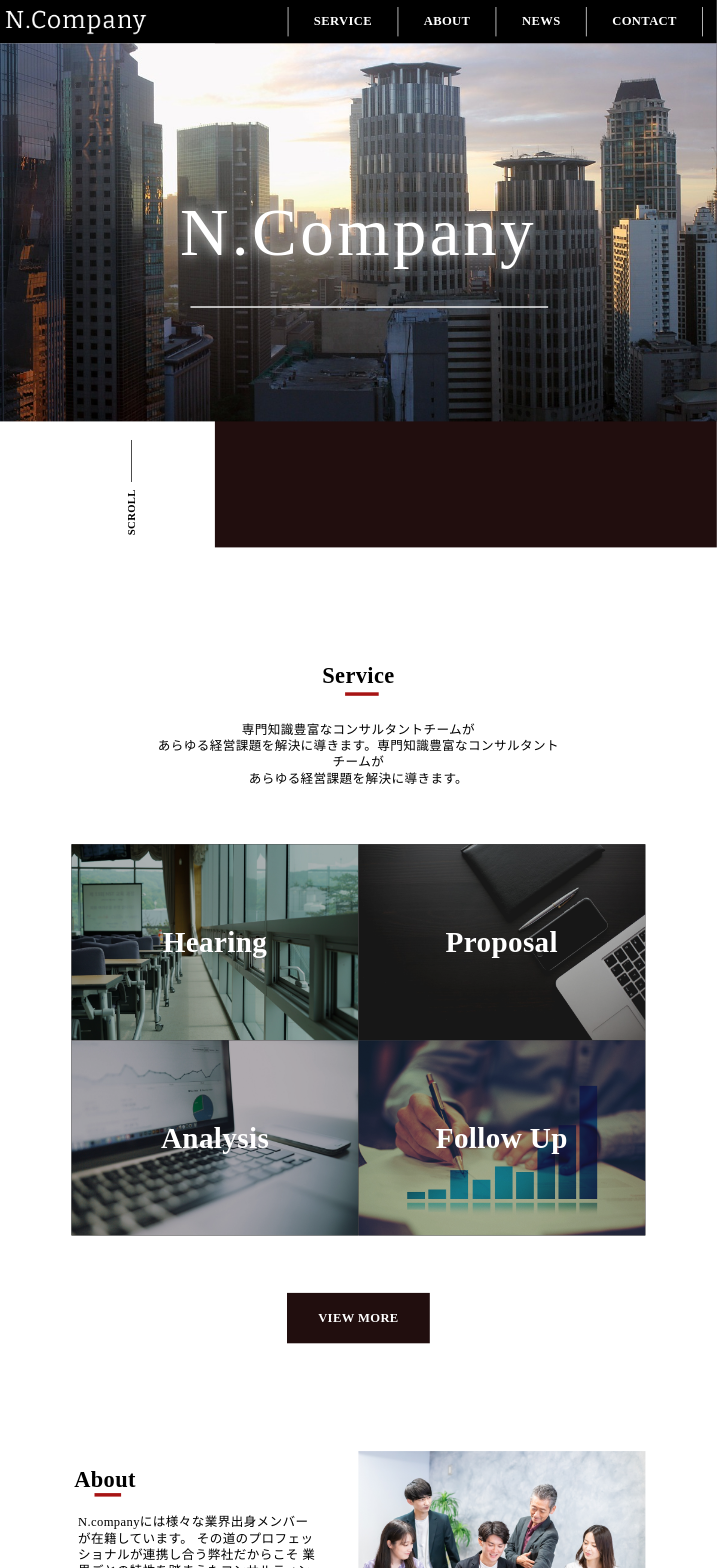
Repository: nozomi-23/hp2_test
Page: index.html
These files come from the project's save history. The page is drawn as it stood at one moment and after a run of saves; the edit follows.
The browser window is 1024 px wide. The pictures show the part of the page from y = 0 to 2240 px (the page is 3724 px tall), at 70% of full size.
A picture or video elsewhere on the page could not be fetched, so the positions and the page height are approximate. Some web fonts or font styles are not loaded; a fallback is used. Some web libraries are served in a nearby version.

Above is the page before, as saved 2022-06-26 22:40:01.

After the next 4 saves:
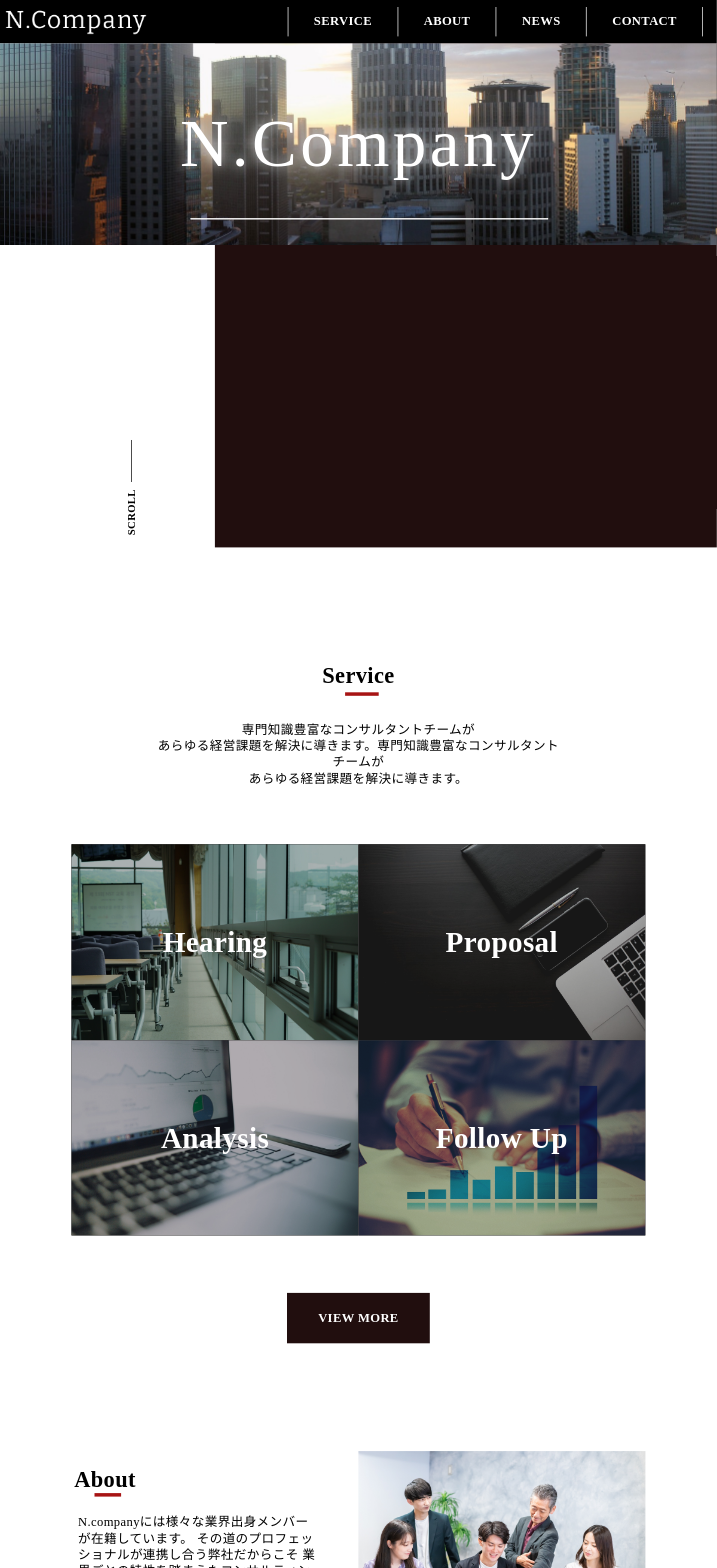
The 4 saves are shown as one change because they came seconds apart.
The last was saved 109 s later.
--- a/css/index.css
+++ b/css/index.css
@@ -232,5 +232,7 @@ news
 ========================*/
 @media screen and (max-width: 1024px) {
 
-
-}
+  .bg_img_wrapper {
+    height: 40vh;
+  }
+}
